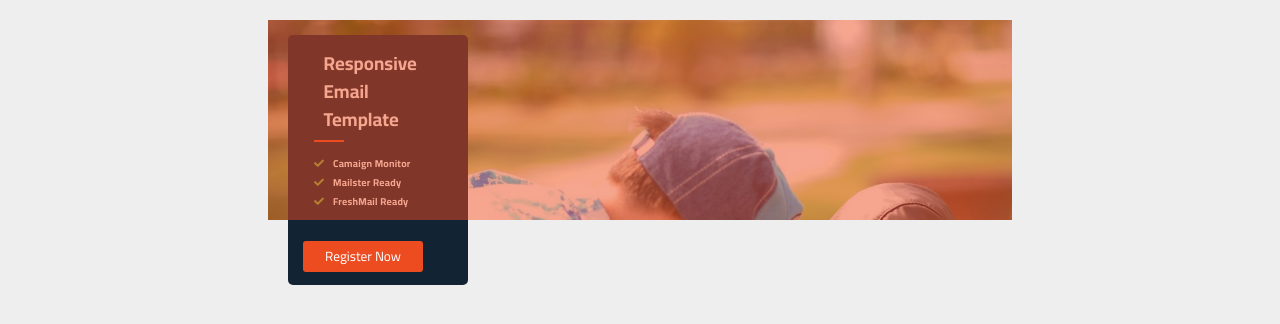
Repository: Z-ayat/Challenges
Page: Challenge 3/index.html
These files come from the project's save history. The page is drawn as it stood at one moment and after the next save; the edit follows.
The browser window is 1280 px wide. The pictures show the whole page.

Above is the page before, as saved 2021-09-04 01:12:32.

### Challenge 3/index.html
<!DOCTYPE html>
<html lang="en">

<head>
    <meta charset="UTF-8">
    <title>Responsive Mail</title>
    <link rel="stylesheet" href="styling/css/master.css">
    <link rel="stylesheet" href="styling/css/all.min.css">
    <link rel="preconnect" href="https://fonts.googleapis.com">
    <link rel="preconnect" href="https://fonts.gstatic.com" crossorigin>
    <link href="https://fonts.googleapis.com/css2?family=Cairo:wght@400;600;700;900&display=swap" rel="stylesheet">
</head>

<body>
    <div class="layout">
        <div class="header">
            <div class="pop">
                <h3>Responsive Email Template</h3>
                <div class="checked">
                    <p class="green-right">Camaign Monitor</p>
                    <p class="green-right">Mailster Ready</p>
                    <p class="green-right">FreshMail Ready</p>
                </div>
                <button class="reg">Register Now</button>
            </div>
        </div>
        <div class="nthere">
            <div class="bord"></div>
        </div>
        <div class="cards">
            <div class="one"></div>
            <div class="two"></div>
            <div class="three"></div>
        </div>
        <div class="foot"><img src="" alt=""></div>
    </div>
</body>

</html>

### Challenge 3/styling/css/master.css
* {
    padding: 0;
    margin: 0;
    box-sizing: border-box;
}

:root {
    --maincolor: #122333;
    --secondrycolor: #ED4C21;
    --fontcolor: white;
    /* --anothercolor:; */
    --mainfont: 'Cairo', sans-serif;
}

h3 {
    width: 124px;
    font-family: var(--mainfont);
    color: var(--fontcolor);
}

.layout {
    padding: 20px;
    display: grid;
    gap: 10px;
    grid-template-rows: auto repeat(4, 1fr) auto;
    grid-template-columns: auto 60% auto;
    height: 100vh;
}

div {
    background-color: #eee;
}

.header {
    position: relative;
    grid-column-start: 2;
    width: 100%;
    height: 200px;
    background: url(../img/images-24_1080x.jpg);
    background-repeat: no-repeat;
    background-size: cover;
}

.header::after {
    height: 100%;
    width: 100%;
    position: absolute;
    left: 0;
    top: 0;
    z-index: 0;
    background-color: var(--secondrycolor);
    content: "";
    opacity: 0.5;
}

.green-right {
    position: relative;
    margin-left: 30px;
    font-size: 10px;
    font-weight: bold;
    letter-spacing: 0.23px;
    color: var(--fontcolor);
    font-family: var(--mainfont);
}

.checked {
    margin-top: 20px;
    background-color: var(--maincolor);
}

.pop {
    position: absolute;
    left: 20px;
    top: 15px;
    padding-top: 5px;
    padding-left: 15px;
    border-radius: 5px;
    width: 180px;
    height: 250px;
    background-color: var(--maincolor);
    -webkit-border-radius: 5px;
    -moz-border-radius: 5px;
    -ms-border-radius: 5px;
    -o-border-radius: 5px;
}

.pop h3 {
    line-height: 1.5;
    position: relative;
    margin: 10px auto;
}

.pop h3::after {
    position: absolute;
    content: "";
    height: 2px;
    width: 30px;
    bottom: -8px;
    left: -10px;
    background-color: var(--secondrycolor);
}

.green-right::before {
    position: absolute;
    top: 4px;
    display: block;
    left: -19px;
    float: left;
    color: #81B73E;
    font-family: "Font Awesome 5 Free";
    font-weight: 900;
    content: "\f00c";
}

.green-right::before {
    display: inline-block;
    font-style: normal;
    font-variant: normal;
    text-rendering: auto;
    -webkit-font-smoothing: antialiased;
}

.reg {
    padding: 3px;
    width: 120px;
    color: var(--fontcolor);
    background-color: var(--secondrycolor);
    outline: none;
    border: none;
    border-radius: 3px;
    margin: 30px 0 20px 0px;
    font-family: var(--mainfont);
    -webkit-border-radius: 3px;
    -moz-border-radius: 3px;
    -ms-border-radius: 3px;
    -o-border-radius: 3px;
}

Loaded but not shown: Challenge 3/styling/css/all.min.css (library)

After the next save:
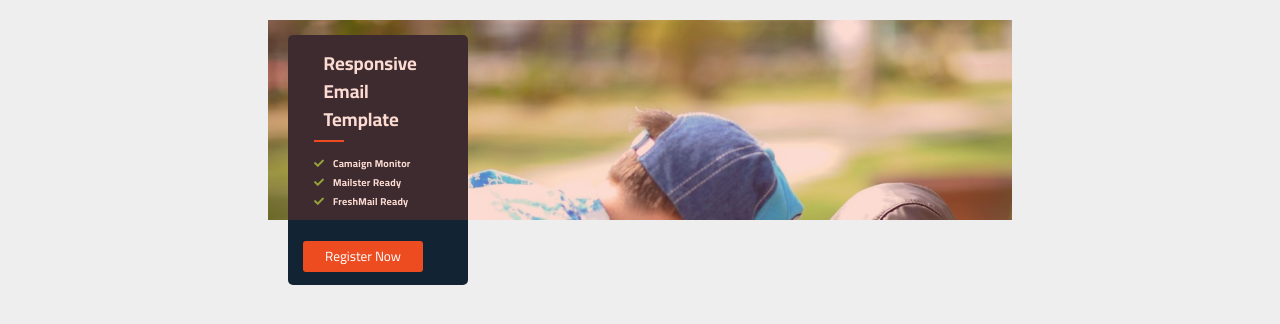
Saved 6 s later.
--- a/Challenge 3/styling/css/master.css
+++ b/Challenge 3/styling/css/master.css
@@ -50,7 +50,7 @@ div {
     z-index: 0;
     background-color: var(--secondrycolor);
     content: "";
-    opacity: 0.5;
+    opacity: 0.2;
 }
 
 .green-right {
